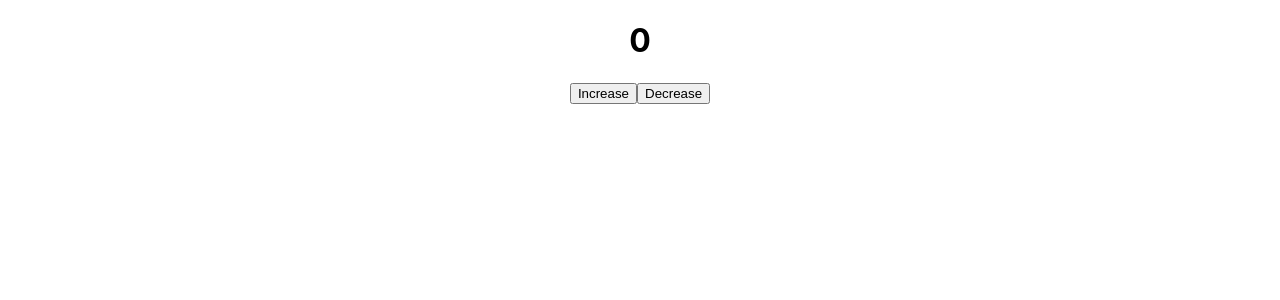
Repository: Sharif-00112/exploring-redux-useReducer
Page: /
These files come from the project's save history. The page is drawn as it stood at one moment and after the next save; the edit follows.
The browser window is 1280 px wide. The pictures show the whole page.
The project was rebuilt for these pictures with package versions that can differ from the ones it lists, and the page was loaded fresh each time.

Above is the page before, as saved 2023-01-09 22:06:54.

### src/App.js
// import { useState } from 'react';
// import { useReducer } from 'react';
import './App.css';
import Count from './Components/Count';

function App() {
  // useState example
  // const [users, setUsers] = useState([]);

  // useReducer example
  // const [ state, dispatch ] = useReducer(countReducer, countState);

  return (
    <div className="App">
      <Count></Count>
    </div>
  );
}

export default App;

### src/Components/Count.js
import React, { useReducer } from 'react';

const countState = {
    count: 0,
    clicks: 0,
    users: [],
    active: true
}

const countReducer = (state, action) => {
    switch (action.type) {
        case 'increment':
            return {
                ...state,
                count: state.count + 1
            };
        case 'decrement':
            return {
                ...state,
                count: state.count - 1
            };
        default:
        //   throw new Error();
            return state;
    }
}

const Count = () => {
    const [ state, dispatch ] = useReducer(countReducer, countState);

    return (
        <div>
            <h1>{state.count}</h1>
            <button onClick={ () => dispatch({type: 'increment'})}>Increase</button>
            <button onClick={ () => dispatch({type: 'decrement'})}>Decrease</button>
        </div>
    );
};

export default Count;

### src/Components/Portal.js
import React from 'react';

const Portal = () => {
    return (
        <div>
            <h2>My Doctors Portal</h2>
        </div>
    );
};

export default Portal;

Loaded but not shown: public/index.html (common file); src/index.js (common file); src/index.css (common file); src/reportWebVitals.js (common file); src/App.css (common file)

After the next save:
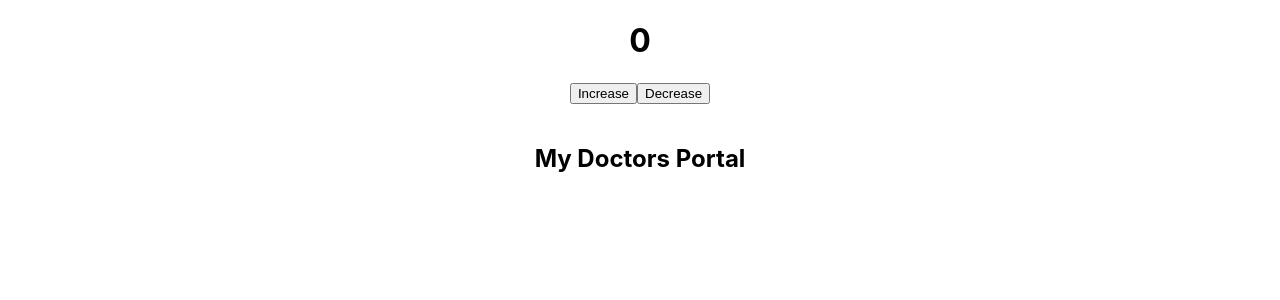
Saved 20 s later.
--- a/src/App.js
+++ b/src/App.js
@@ -2,6 +2,7 @@
 // import { useReducer } from 'react';
 import './App.css';
 import Count from './Components/Count';
+import Portal from './Components/Portal';
 
 function App() {
   // useState example
@@ -13,6 +14,8 @@ function App() {
   return (
     <div className="App">
       <Count></Count>
+      <br />
+      <Portal></Portal>
     </div>
   );
 }
